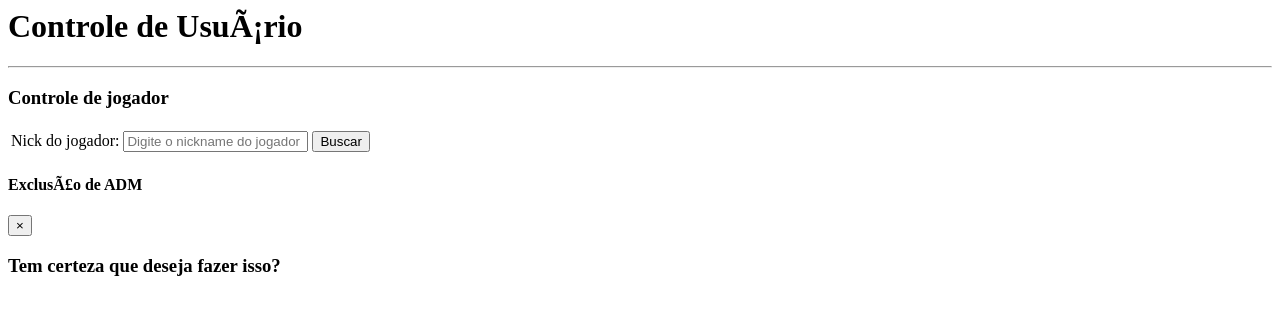
Repository: cavrau/workspaceTbog
Page: the Battle for Gondria/WebContent/system/admin/controle.html
The author's editor kept a copy of each file at every save. The page is drawn from the files as they stood at one save, then again after the next save.
The browser window is 1280 px wide. The pictures show the whole page.

Above is the page before, as saved 2018-08-18 19:06:23.
Console error: ReferenceError: consultaUsuario is not defined

### the Battle for Gondria/WebContent/system/admin/controle.html
<h1>Controle de UsuÃ¡rio</h1>
<hr id="hr_controle">

<div id="div_buscar">

  <h3>Controle de jogador</h3>
  <form method="post" action="">
    <table id="table_buscar">
      <tbody>
        <tr>
          <td>
            <label for="input_consultar">Nick do jogador:</label>
          </td>
          <td>
            <input type="text" name="txt_consultar" id="input_consultar" placeholder="Digite o nickname do jogador">
          </td>
          <td>
            <button type="button" name="btn_buscar" onclick="javascript:carregaDados('controle')" class="btn btn-primary" >Buscar</button>
          </td>
        </tr>
      </tbody>
    </table>
  </form>

  <div id="div_jogador">

  </div>

</div>

<!-- INÃ�CIO MODAL - EXCLUÃ�R ADM -->
<div class="modal fade " id="exclui_usuario" role="dialog">
	<div class="modal-dialog">

		<div class="modal-content">

			<div class="modal-header">
				<h4 class="modal-title">ExclusÃ£o de ADM</h4>
				<button type="button" class="close" data-dismiss="modal">&times;</button>
			</div>

			<div class="modal-body">
				<h3>Tem certeza que deseja fazer isso?</h3>
			</div>

			<div id="modalExcluir"></div>

		</div>
	</div>
</div>
<!-- FIM MODAL - EXCLUÃ�R ADM -->

<script type="text/javascript" >
consultaUsuario("controle","0",null);
</script>
<!-- Fim Modal - ExcluÃ­r jogador -->

After the next save:
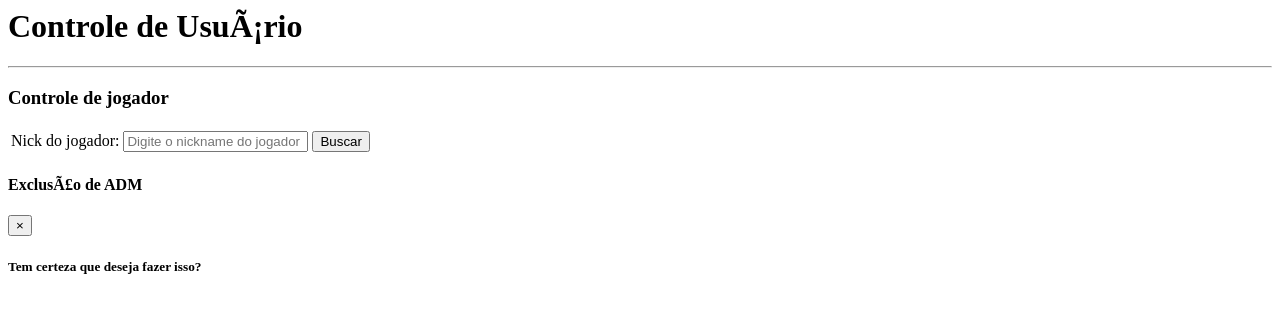
Saved 31 s later.
--- a/the Battle for Gondria/WebContent/system/admin/controle.html
+++ b/the Battle for Gondria/WebContent/system/admin/controle.html
@@ -40,7 +40,8 @@
 			</div>
 
 			<div class="modal-body">
-				<h3>Tem certeza que deseja fazer isso?</h3>
+				<div id="div_banido"></div>
+				<h5>Tem certeza que deseja fazer isso?</h5>
 			</div>
 
 			<div id="modalExcluir"></div>
